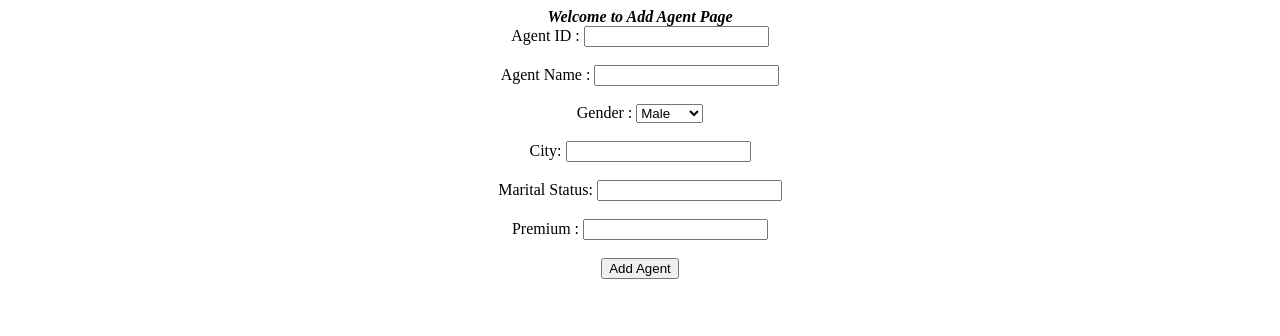
Repository: Guptaji153/Test002
Page: http://localhost/exam/AddAgent.jsp
The author's editor kept a copy of each file at every save. The page is drawn from the files as they stood at one save, then again after the next save.
The browser window is 1280 px wide. The pictures show the whole page.
The page is served by Tomcat 9. Other server files are loaded and not shown.

Above is the page before, as saved 2025-05-06 10:23:18.

### Day2/exam/src/main/webapp/AddAgent.jsp
<%@ page language="java" contentType="text/html; charset=ISO-8859-1"
    pageEncoding="ISO-8859-1"%>
<!DOCTYPE html>
<html>
<head>
<meta charset="ISO-8859-1">
<title>Insert title here</title>
</head>
<body>
<center><b><i> Welcome to Add Agent Page</i></b></center>

<form method="post" action="AddAgent.jsp">
		<center>
			Agent ID :
			<input type="number" name="agentID" /> <br/><br/>
			Agent Name :
			<input type="text" name="name" /> <br/><br/>
			Gender :
			<select name="gender">
				<option value="MALE">Male</option>
				<option value="FEMALE">Female</option>
			</select> <br/><br/>

			City:
			<input name = "city" type = "text"/><br><br>

			Marital Status:
			<input type = "number" name = "marital"> <br> <br>

			Premium :
			<input type="number" name="premium" /> <br/><br/>
			<input type="submit" value="Add Agent" />
		</center>
	</form>

</body>
</html>

After the next save:
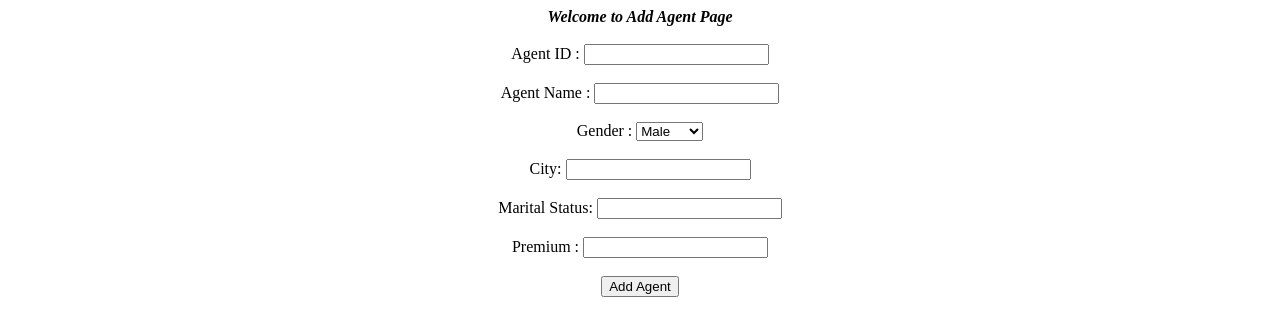
Saved 23 s later.
--- a/Day2/exam/src/main/webapp/AddAgent.jsp
+++ b/Day2/exam/src/main/webapp/AddAgent.jsp
@@ -7,7 +7,7 @@
 <title>Insert title here</title>
 </head>
 <body>
-<center><b><i> Welcome to Add Agent Page</i></b></center>
+<center><b><i> Welcome to Add Agent Page</i></b></center> <br>
 
 <form method="post" action="AddAgent.jsp">
 		<center>
